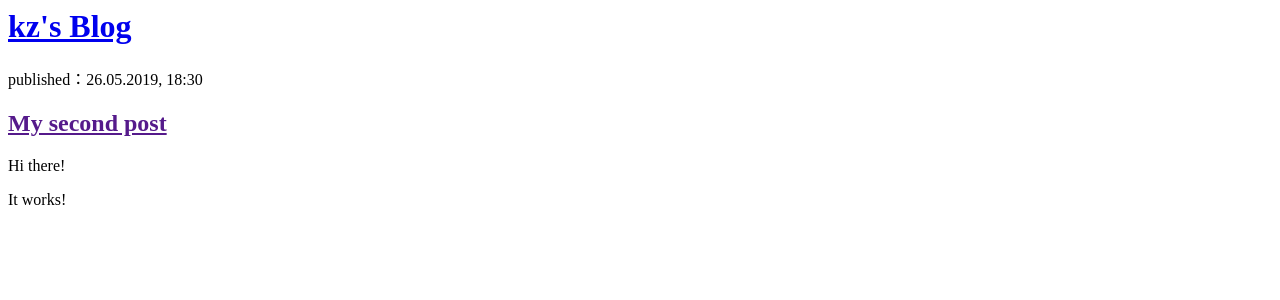
Repository: harakzi/my_second_blog
Page: blog/templates/blog/post_list.html
An editor plug-in stored every save of this project. The page is shown before and after the next save, followed by the edit.
The browser window is 1280 px wide. The pictures show the whole page.

Above is the page before, as saved 2019-05-26 09:33:03.

### blog/templates/blog/post_list.html
<html>
	<head>
		<title>kz's blog</title>
	</head>
	<body>
		<div>
			<h1><a href="/">kz's Blog</a></h1>
		</div>

		<div>
			<p>published：26.05.2019, 18:30</p>
			<h2><a href="">My second post</a></h2>
		</div>

	    <p>Hi there!</p>
	    <p>It works!</p>
	</body>
</html>

After the next save:
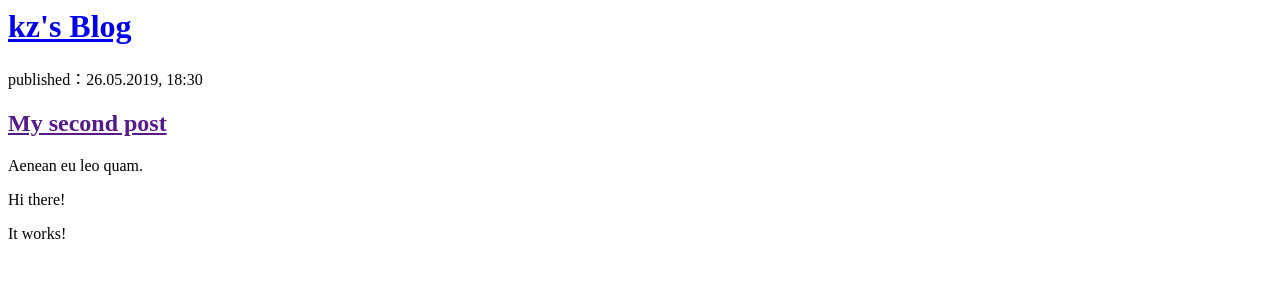
Saved 22 s later.
--- a/blog/templates/blog/post_list.html
+++ b/blog/templates/blog/post_list.html
@@ -10,6 +10,7 @@
 		<div>
 			<p>published：26.05.2019, 18:30</p>
 			<h2><a href="">My second post</a></h2>
+			<p>Aenean eu leo quam.</p>
 		</div>
 
 	    <p>Hi there!</p>
